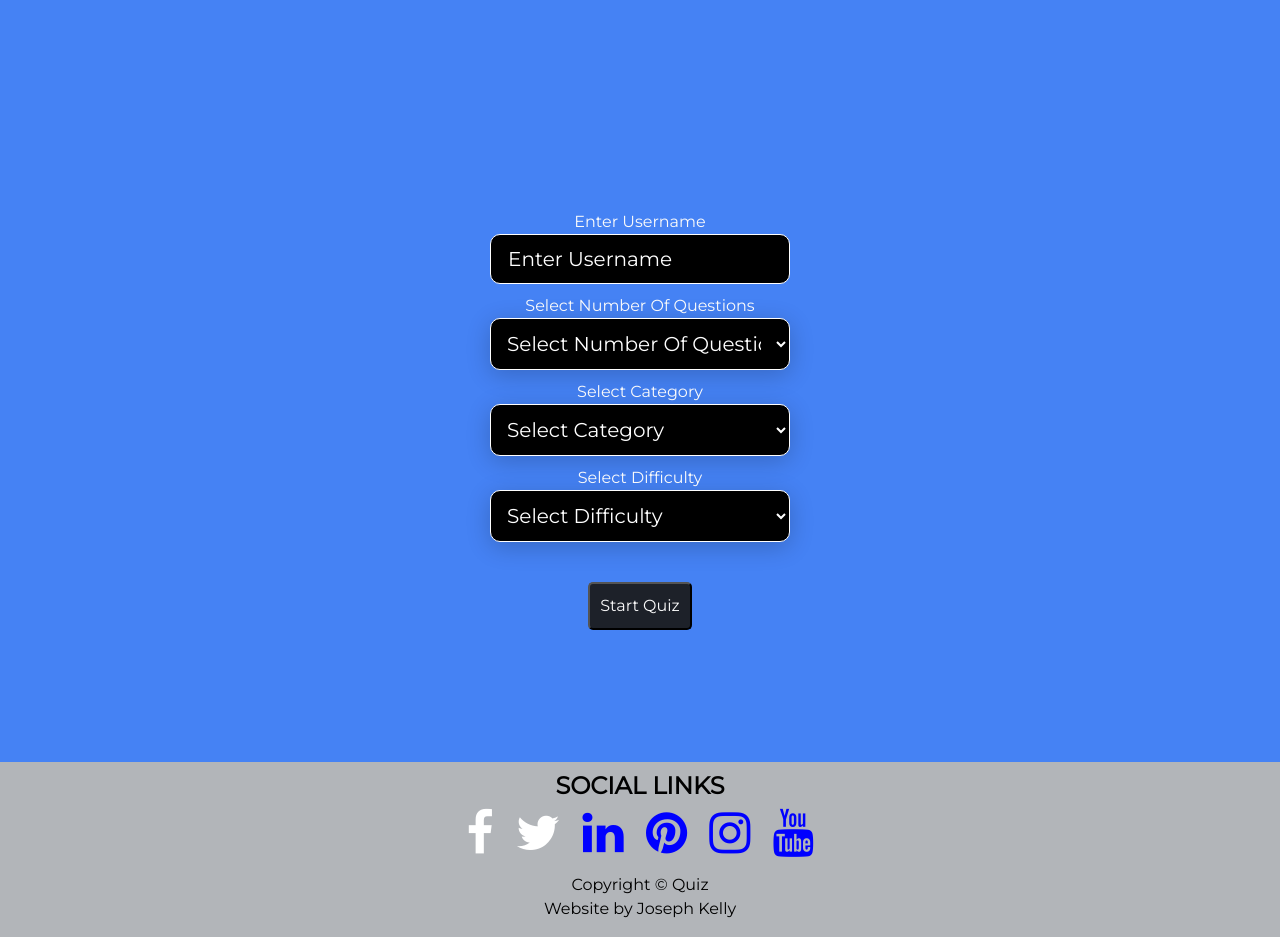
Repository: Code-Institute-Submissions/quiz-1
Page: load.html
The author's editor kept a record of every edit. The page is drawn from the files as they stood at one moment, then again after the next edit.
The browser window is 1280 px wide. The pictures show the whole page.

Above is the page before.
Console error: SyntaxError: Unexpected token ')'

After the next edit:
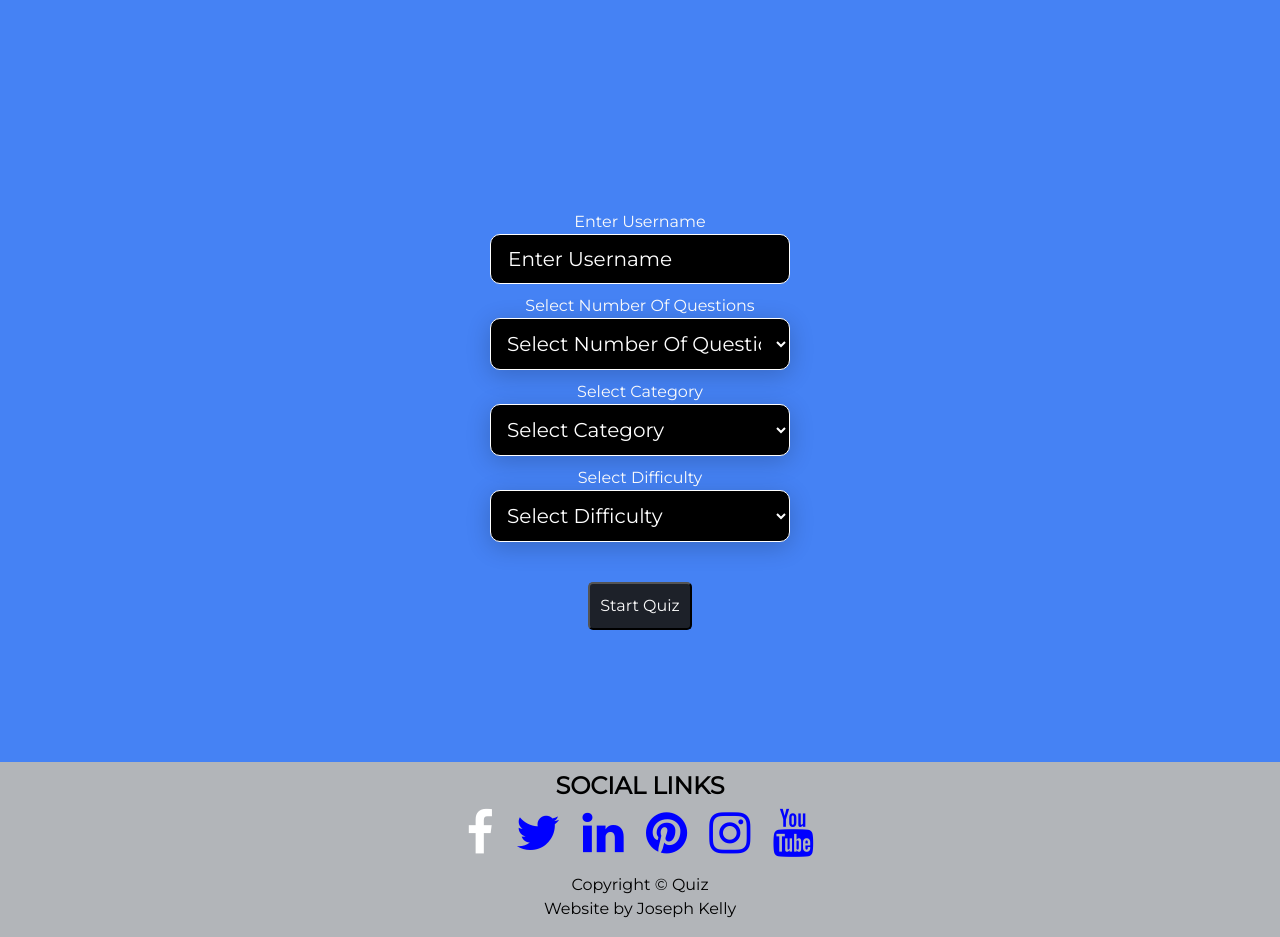
The edit:
--- a/load.html
+++ b/load.html
@@ -105,7 +105,7 @@
                     </li>
                     <li class="list-inline-item">
                         <a target="_blank" href="#">
-                            <i class="fa fa-twitter fa-3x" aria-hidden="true"></i>
+                            <i class="fa fa-twitter fa-3x" id="icon" aria-hidden="true"></i>
                             <span class="sr-only">Twitter</span>
                         </a>
                     </li>
